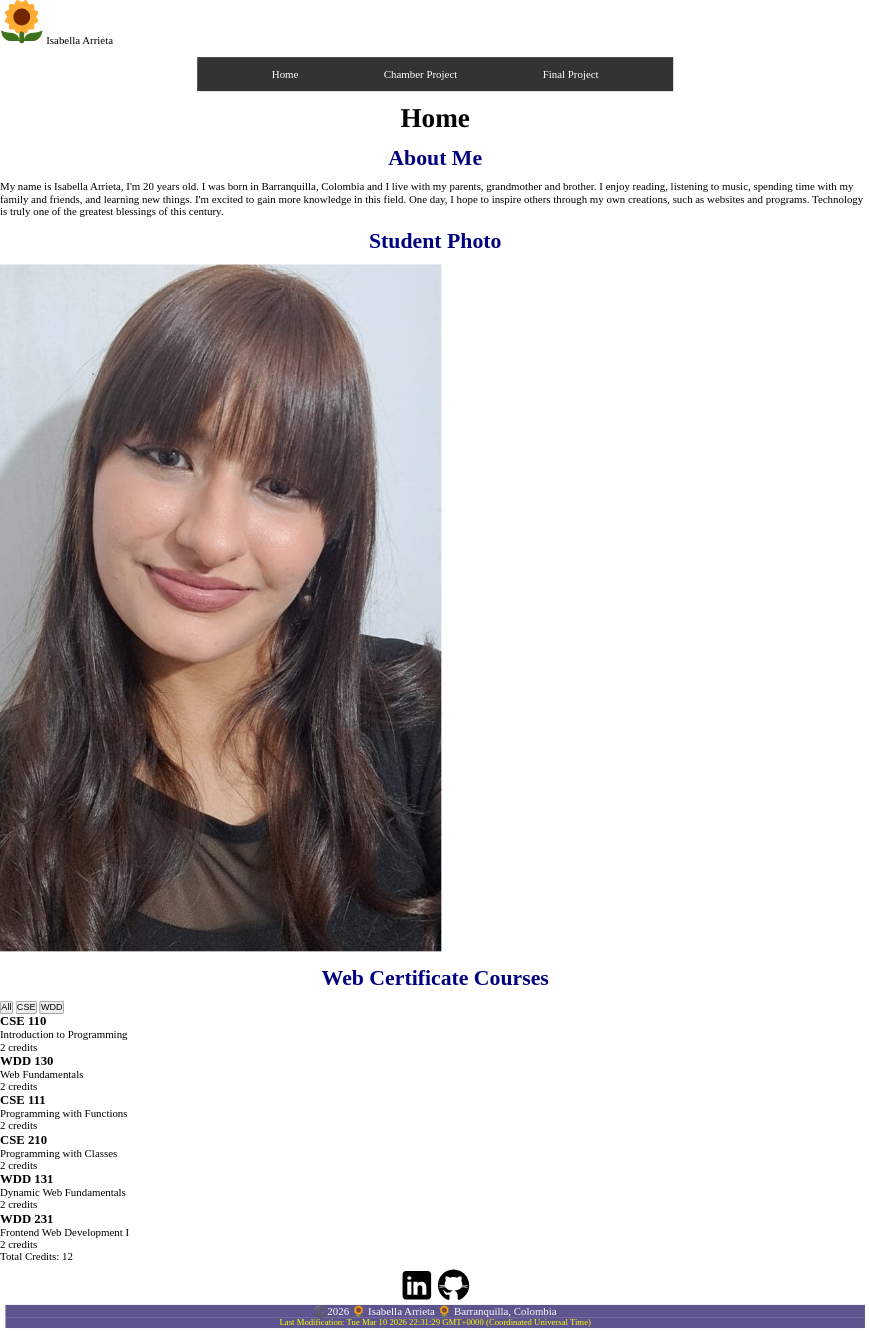
Repository: isaAJ05/wdd231
Page: index.html
The author's editor kept a copy of each file at every save. The page is drawn from the files as they stood at one save, then again after the next save.
The browser window is 1280 px wide. The pictures show the whole page, at 68% of full size.
Some web fonts or font styles are not loaded; a fallback is used.

Above is the page before, as saved 2026-03-10 23:12:47.

### index.html
<!DOCTYPE html>
<html lang="en">
<head>
    <meta charset="UTF-8">
    <meta name="viewport" content="width=device-width, initial-scale=1.0">
    <title>WDD 231 – Web Frontend Development I – Isabella Arrieta</title>
    <meta name="description" content="WDD 231 – Web Frontend Development I Isabella Arrieta, This is a page about me">
    <meta name="author" content="Isabella Arrieta">
    <link rel="stylesheet" href="styles/normalize.css">
    <link rel="preconnect" href="https://fonts.googleapis.com">
    <link rel="preconnect" href="https://fonts.gstatic.com" crossorigin>
    <link href="https://fonts.googleapis.com/css2?family=Lato:ital,wght@0,100;0,300;0,400;0,700;0,900;1,100;1,300;1,400;1,700;1,900&family=Open+Sans:ital,wght@0,300..800;1,300..800&family=Play:wght@400;700&family=Raleway:ital,wght@0,100..900;1,100..900&display=swap" rel="stylesheet">
    <script src="scripts/getdates.js" defer></script>
    <script src="scripts/hamburguer.js" defer></script>
    <script src="scripts/courses.js" defer></script>
</head>
<body>
    <header>
        <div class="title">
            <img src="images/sunflower-svgrepo-com.svg" alt="Isabella Arrieta logo">
            <span>Isabella Arrieta</span>
        </div>
        <button id="menu" aria-label="Open menu"></button>
        <nav>
            <ul class="navigation">
			<li><a href="index.html">Home</a></li>
			<li><a href="#" class="chamber">Chamber Project</a></li>
			<li><a href="#" class="final">Final Project</a></li>
		</ul>
        </nav>
    </header>
    <main>
        <h1>Home</h1>
        <section class="card">
            <div class="rectangle">
                <h2>About Me</h2>
            </div>
            <div class="presentation">
            <p>My name is Isabella Arrieta, I'm 20 years old. I was born in Barranquilla, Colombia and I live with my parents, grandmother and brother. I enjoy reading, listening to music, spending time with my family and friends, and learning new things. I'm excited to gain more knowledge in this field. One day, I hope to inspire others through my own creations, such as websites and programs. Technology is truly one of the greatest blessings of this century.</p>
            </div>
            </section>

        <section class="card">
            <div class="rectangle">
                <h2>Student Photo</h2>
            </div>
            <img src ="images/isa.jpg" alt="Isabella Arrieta picture">
            </section>

        <section class="card">
            <div class="rectangle">
                <h2>Web Certificate Courses</h2>
            </div>
               <div class="course-buttons">
                <button id="all">All</button>
                <button id="cse">CSE</button>
                <button id="wdd">WDD</button>
            </div>

            <div id="courses"></div>

            <p>Total Credits: <span id="totalCredits"></span></p>

        </section>
    </main>
    <footer>
        <div class ="icons">
                <a href="https://www.linkedin.com/in/isabella-arrieta/" target="_blank"><img src="images/icons8-linkedin.svg" alt="LinkedIn icon"></a>
                <a href="https://github.com/isaaj05" target="_blank"><img src="images/icons8-github.svg" alt="GitHub icon"></a>
        </div>
        <p>
            ©️<span id="currentyear"></span> 🌻 Isabella Arrieta 🌻 Barranquilla, Colombia
        </p>
        <p class="last-modified">
            <span id="lastModified"></span>
        </p>
    </footer>

</body>
</html>

### styles/normalize.css
:root {
    --primary-color: #231942;
    --secondary-color: #5e548e;
    --font: "Lato", sans-serif;
}
* {
	margin: 0;
	padding: 0;
	box-sizing: border-box;
}

h1 {
	text-align: left;
	font-family: times, serif;
	font-size: 1.5rem;
	margin-left: 1rem;
}

h2 {
		font-size: 1.2rem;
		color: navy;
		text-align: left;
		margin: 1rem;
	}

nav {
	max-width: 700px;
	margin: 1rem auto;
}

/* small view navigation */
#menu {
	font-size: 1.5rem;
	border: 0;
	background: none;
	color: #000;
 	position: absolute;
  top: 1rem;
	right: 1rem;
}

#menu::before {
	content: "☰";
}

#menu.open::before {
	content: "✖️";
}

.navigation {
	display: flex;
	flex-direction: column;
	justify-content: space-evenly;
	list-style: none;
	background-color: #333;
	color: #fff;
}

.navigation a {
	display: none;
	padding: 1rem;
	text-align: center;
	text-decoration: none;
	color: #fff;
}
.navigation a:hover {
	background-color: #bbb;
	color: #333;
	font-weight: 700;
}

/* when the button is clicked - the open class is toggled (added/removed) */
.open a {
	display: block;
}

.active::before {
	content: "📍";  /* just a wayfinding symbol for the user */
}

.stuff {
	margin: .5rem;
	border: 1px solid rgb(0 0 0 / .1);
	background-color: #bed;
	max-width: 580px;
	height: 100vh;

}
footer {
    color:  #fff;
    text-align: center;
    padding: 8px;
}
footer p {
    background: var(--secondary-color);
}
.last-modified {
    font-size: 0.8rem;
    color: yellow;
}

/* large view navigation ************************************/
@media (min-width: 37.5em) {
	h1 {
		font-size: 2.5rem;
		margin-left: 0;
		text-align: center;
	}

	h2 {
		font-size: 2rem;
		text-align: center;
	}

	#menu {
		display: none; /* hide hamburger button */
	}

	.navigation {
		flex-direction: row;
	}

	.navigation a {
		display: block;
		flex: 1 1 100%;
	}

	.stuff {
		margin: 1rem auto;
	}
}

### scripts/getdates.js
const year = document.querySelector("#currentyear");
const today = new Date();
year.innerHTML = `<span class="highlight">${today.getFullYear()}</span>`;
const lastMod = document.querySelector("#lastModified");
let oLastModif = new Date(document.lastModified);
lastMod.innerHTML = `Last Modification: <span class="highlight">${oLastModif}</span>`;

### scripts/hamburguer.js
const hamButton = document.querySelector('#menu');
const navigation = document.querySelector('.navigation');
const title = document.querySelector('.title');

hamButton.addEventListener('click', () => {
	navigation.classList.toggle('open');
    hamButton.classList.toggle('open');
    title.classList.toggle('open');
});

### scripts/courses.js
// here we select the elements we need to interact with
const courseContainer = document.querySelector("#courses"); // container for the course cards
const totalCredits = document.querySelector("#totalCredits"); // element to display total credits
// buttons to filter courses
const allBtn = document.querySelector("#all");
const cseBtn = document.querySelector("#cse");
const wddBtn = document.querySelector("#wdd");
// array given by the university with all the courses in the web certificate program
const courses = [
    {
        subject: 'CSE',
        number: 110,
        title: 'Introduction to Programming',
        credits: 2,
        certificate: 'Web and Computer Programming',
        description: 'This course will introduce students to programming. It will introduce the building blocks of programming languages (variables, decisions, calculations, loops, array, and input/output) and use them to solve problems.',
        technology: [
            'Python'
        ],
        completed: true
    },
    {
        subject: 'WDD',
        number: 130,
        title: 'Web Fundamentals',
        credits: 2,
        certificate: 'Web and Computer Programming',
        description: 'This course introduces students to the World Wide Web and to careers in web site design and development. The course is hands on with students actually participating in simple web designs and programming. It is anticipated that students who complete this course will understand the fields of web design and development and will have a good idea if they want to pursue this degree as a major.',
        technology: [
            'HTML',
            'CSS'
        ],
        completed: true
    },
    {
        subject: 'CSE',
        number: 111,
        title: 'Programming with Functions',
        credits: 2,
        certificate: 'Web and Computer Programming',
        description: 'CSE 111 students become more organized, efficient, and powerful computer programmers by learning to research and call functions written by others; to write, call , debug, and test their own functions; and to handle errors within functions. CSE 111 students write programs with functions to solve problems in many disciplines, including business, physical science, human performance, and humanities.',
        technology: [
            'Python'
        ],
        completed: true
    },
    {
        subject: 'CSE',
        number: 210,
        title: 'Programming with Classes',
        credits: 2,
        certificate: 'Web and Computer Programming',
        description: 'This course will introduce the notion of classes and objects. It will present encapsulation at a conceptual level. It will also work with inheritance and polymorphism.',
        technology: [
            'C#'
        ],
        completed: true
    },
    {
        subject: 'WDD',
        number: 131,
        title: 'Dynamic Web Fundamentals',
        credits: 2,
        certificate: 'Web and Computer Programming',
        description: 'This course builds on prior experience in Web Fundamentals and programming. Students will learn to create dynamic websites that use JavaScript to respond to events, update content, and create responsive user experiences.',
        technology: [
            'HTML',
            'CSS',
            'JavaScript'
        ],
        completed: true
    },
    {
        subject: 'WDD',
        number: 231,
        title: 'Frontend Web Development I',
        credits: 2,
        certificate: 'Web and Computer Programming',
        description: 'This course builds on prior experience with Dynamic Web Fundamentals and programming. Students will focus on user experience, accessibility, compliance, performance optimization, and basic API usage.',
        technology: [
            'HTML',
            'CSS',
            'JavaScript'
        ],
        completed: false
    }
]
// function to display the courses on the page
function displayCourses(courseList) {
    courseContainer.innerHTML = ""; // clear the container before adding new courses

    courseList.forEach(course => {
        const card = document.createElement("div"); // create a card for each course
        card.classList.add("course-card");

        if (course.completed) {
            card.classList.add("completed");// add a class to indicate the course is completed
        }

        card.innerHTML = `
            <h3>${course.subject} ${course.number}</h3>
            <p>${course.title}</p>
            <p>${course.credits} credits</p>
        `;

        courseContainer.appendChild(card); // add the card to the container
    });

    calculateCredits(courseList);
}
function calculateCredits(courseList) {
    const total = courseList.reduce((sum, course) => sum + course.credits, 0); // calculate the total credits by summing the credits of all courses in the list
    totalCredits.textContent = total;
}

allBtn.addEventListener("click", () => {
    displayCourses(courses);
});

cseBtn.addEventListener("click", () => {
    const cseCourses = courses.filter(course => course.subject === "CSE");
    displayCourses(cseCourses);
});

wddBtn.addEventListener("click", () => {
    const wddCourses = courses.filter(course => course.subject === "WDD");
    displayCourses(wddCourses);
});

displayCourses(courses);

After the next save:
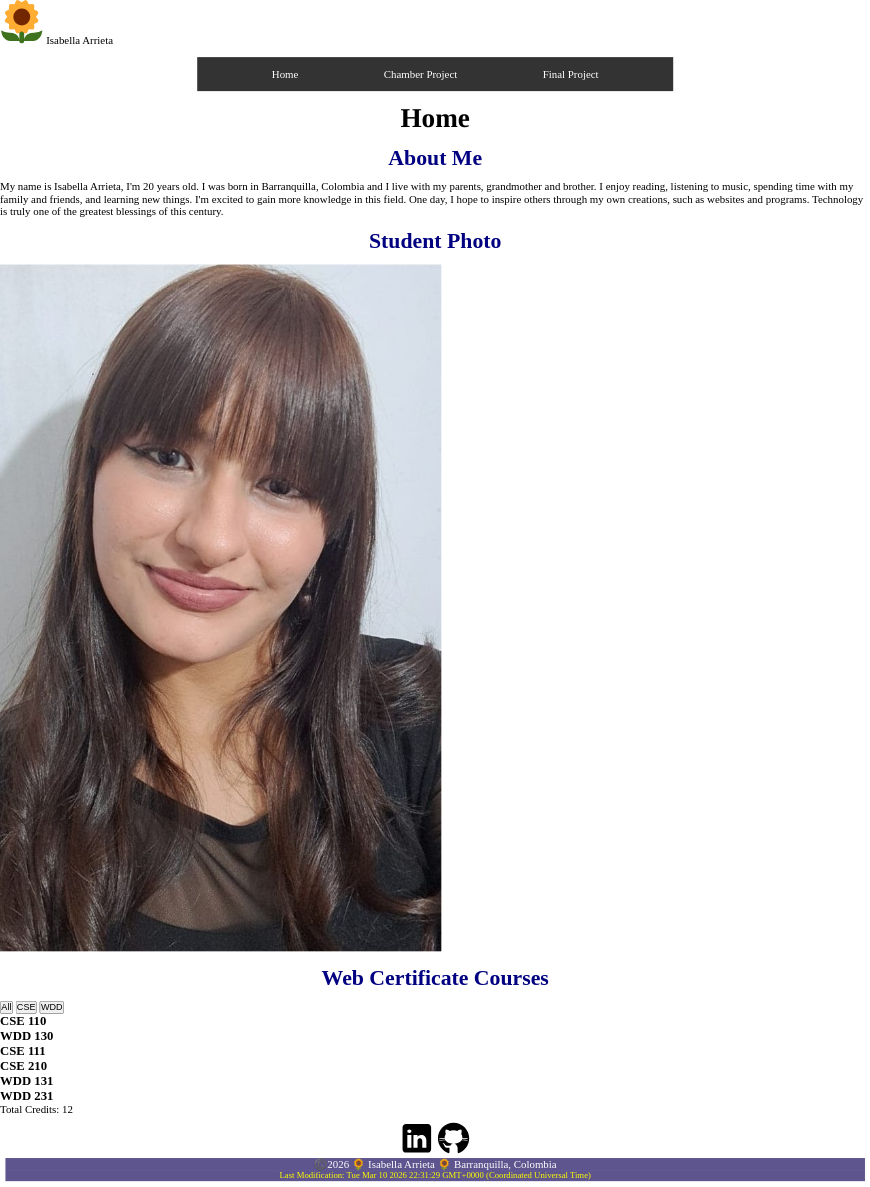
Saved 4 s later.
--- a/scripts/courses.js
+++ b/scripts/courses.js
@@ -99,8 +99,6 @@ function displayCourses(courseList) {
 
         card.innerHTML = `
             <h3>${course.subject} ${course.number}</h3>
-            <p>${course.title}</p>
-            <p>${course.credits} credits</p>
         `;
 
         courseContainer.appendChild(card); // add the card to the container
